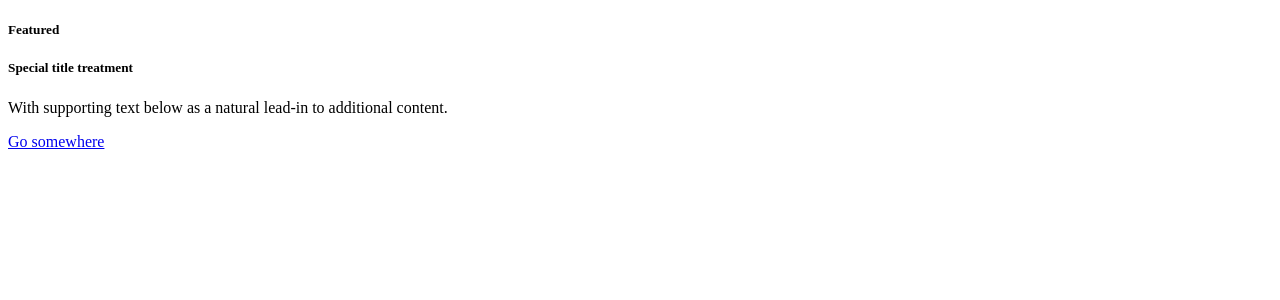
Repository: acciojob/bootstrap-card-vandanayadav15
Page: main.html
An editor plug-in stored every save of this project. The page is shown before and after the next save, followed by the edit.
The browser window is 1280 px wide. The pictures show the whole page.

Above is the page before, as saved 2022-10-28 17:39:55.

### main.html
<!DOCTYPE html>

<html>

<head>
	<link rel="stylesheet" href="styles.css">
</head>

<body>
	<!-- the entire body must be written by student -->
	<h1></h1>
	<div class="card">
		<h5 class="card-header">Featured</h5>
		<div class="card-body">
			<h5 class="card-title">Special title treatment</h5>
			<p class="card-text">With supporting text below as a natural lead-in to additional content.</p>
			<a href="#" class="btn btn-primary">Go somewhere</a>
		</div>
	</div>
    <script type="text/javascript" src="./script.js">
</script>

</body>

</html>

### styles.css

/* Your CSS Code here. */

Loaded but not shown: script.js (common file)

After the next save:
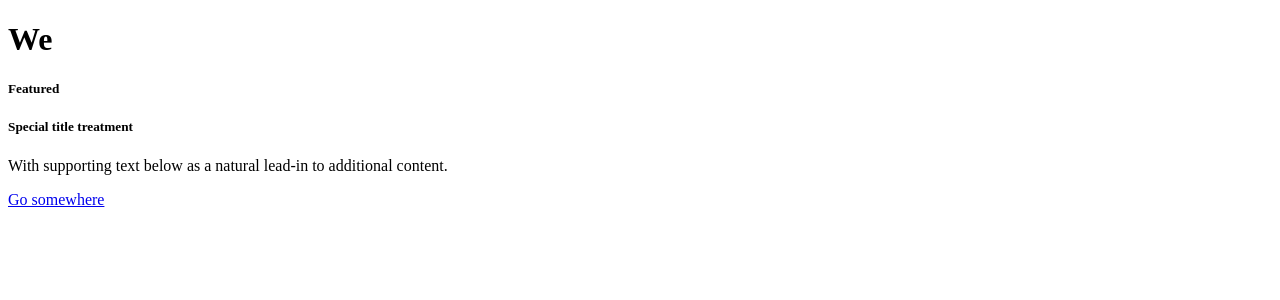
Saved 8 s later.
--- a/main.html
+++ b/main.html
@@ -8,7 +8,7 @@
 
 <body>
 	<!-- the entire body must be written by student -->
-	<h1></h1>
+	<h1>We</h1>
 	<div class="card">
 		<h5 class="card-header">Featured</h5>
 		<div class="card-body">
